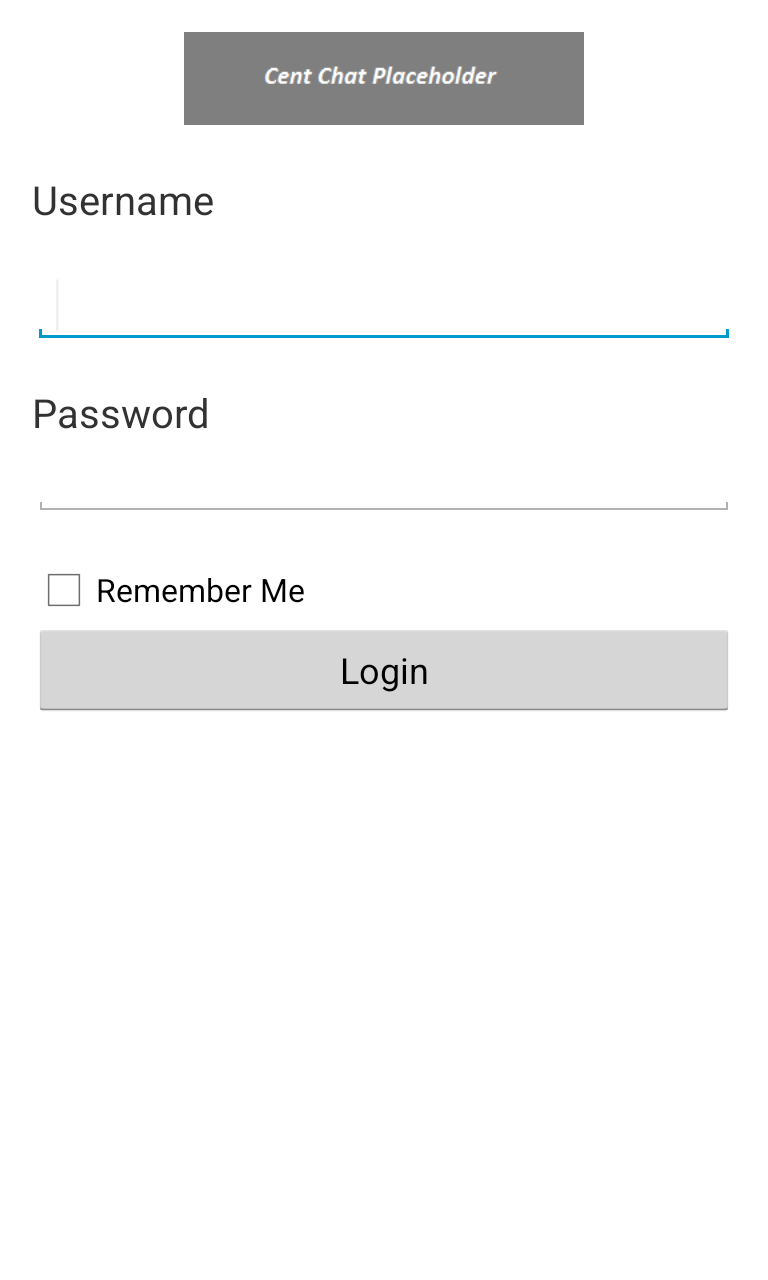
Repository: emeryduh/AndroidProject
Layout: client/TeamJonesProject/res/layout/activity_login.xml
The author's editor kept a copy of each file at every save. The layout is drawn from the files as they stood at one save, then again after the next save.
It is drawn on a 768 x 1280 px phone screen (xhdpi) without system bars, with theme AppTheme; the app's code is not run.

Above is the layout before, as saved 2014-10-01 01:40:40.

### client/TeamJonesProject/res/layout/activity_login.xml
<RelativeLayout xmlns:android="http://schemas.android.com/apk/res/android"
    xmlns:tools="http://schemas.android.com/tools"
    android:layout_width="match_parent"
    android:layout_height="match_parent"
    android:paddingBottom="@dimen/activity_vertical_margin"
    android:paddingLeft="@dimen/activity_horizontal_margin"
    android:paddingRight="@dimen/activity_horizontal_margin"
    android:paddingTop="@dimen/activity_vertical_margin"
    tools:context="com.comp313.LoginActivity" >

    <LinearLayout
        android:id="@+id/linearLayout_header"
        android:layout_width="match_parent"
        android:layout_height="@dimen/bodySpacing_headerHeight"
        android:layout_alignParentLeft="true"
        android:layout_alignParentTop="true"
        android:orientation="vertical" >

        <ImageView
            android:id="@+id/imageView1"
            android:layout_width="wrap_content"
            android:layout_height="wrap_content"
            android:layout_gravity="center_horizontal"
            android:src="@drawable/header_300x70" />

    </LinearLayout>

    <LinearLayout
        android:id="@+id/linearLayout_body"
        android:layout_width="match_parent"
        android:layout_height="wrap_content"
        android:layout_alignLeft="@+id/linearLayout_header"
        android:layout_below="@+id/linearLayout_header"
        android:orientation="vertical" >

        <TextView
            android:id="@+id/username_text"
            android:layout_width="match_parent"
            android:layout_height="wrap_content"
            android:layout_gravity="center_horizontal"
            android:text="@string/username_text"
            android:textSize="20sp" />

        <EditText
            android:id="@+id/username_field"
            android:layout_width="match_parent"
            android:layout_height="wrap_content"
            android:layout_gravity="center_horizontal"
            android:layout_marginTop="@dimen/bodySpacing_top"
            android:ems="10"
            android:inputType="textAutoComplete" >

            <requestFocus />
        </EditText>

        <TextView
            android:id="@+id/password_text"
            android:layout_width="match_parent"
            android:layout_height="wrap_content"
            android:layout_gravity="center_horizontal"
            android:layout_marginTop="@dimen/bodySpacing_top"
            android:text="@string/password_text"
            android:textSize="20sp" />

        <EditText
            android:id="@+id/password_field"
            android:layout_width="match_parent"
            android:layout_height="wrap_content"
            android:layout_gravity="center_horizontal"
            android:ems="10"
            android:inputType="textPassword" />

        <CheckBox
            android:id="@+id/rememberMeCheckBox"
            android:layout_width="match_parent"
            android:layout_height="wrap_content"
            android:layout_gravity="center_horizontal"
            android:layout_marginTop="@dimen/bodySpacing_top"
            android:text="@string/rememberMe_text" />

        <Button
            android:id="@+id/loginButton"
            android:layout_width="match_parent"
            android:layout_height="wrap_content"
            android:layout_gravity="center_horizontal"
            android:text="@string/login_text" />

    </LinearLayout>

    <LinearLayout
        android:id="@+id/linearLayout_footer"
        android:layout_width="match_parent"
        android:layout_height="wrap_content"
        android:layout_alignParentBottom="true"
        android:layout_alignParentLeft="true"
        android:layout_marginBottom="50dp"
        android:orientation="vertical" >
    </LinearLayout>

</RelativeLayout>

### client/TeamJonesProject/res/values/dimens.xml
<resources>

    <!-- Default screen margins, per the Android Design guidelines. -->
    <dimen name="activity_horizontal_margin">16dp</dimen>
    <dimen name="activity_vertical_margin">16dp</dimen>

    <!-- Chat Activity Configuration -->
    <dimen name="chatbox_min_height">15dp</dimen>
    <dimen name="chatbox_max_height">150dp</dimen>
    <dimen name="chatbox_min_width">15dp</dimen>
    <dimen name="chatbox_max_width">150dp</dimen>

    <!-- Registration Activity Configuration -->
    <dimen name="bodySpacing_headerHeight">70dp</dimen>
    <dimen name="bodySpacing_top">20dp</dimen>
</resources>

### client/TeamJonesProject/res/values/strings.xml
<?xml version="1.0" encoding="utf-8"?>
<resources>

    <string name="app_name">CentChat</string>
    <string name="action_settings">Settings</string>

    <!-- Chat screen text -->
    <string name="btnSend_text">Send</string>
    <string name="default_text">Welcome to CentChat!</string>
    <string name="default_clientType_text">Type a message here.</string>

    <!-- Login screen text -->
    <string name="username_text">Username</string>
    <string name="password_text">Password</string>
    <string name="rememberMe_text">Remember Me</string>
    <string name="login_text">Login</string>
    <string name="title_activity_login">LoginActivity</string>

    <!-- Registration screen text -->
    <string name="username_registration_text">Username</string>
    <string name="email_registration_text">Email</string>
    <string name="password_registration_text">Password</string>
    <string name="password_registration_check_text">Re-enter Password</string>
    <string name="submit_registration_text">Register</string>
    <string name="title_activity_registration">RegistrationActivity</string>


</resources>

Loaded but not shown: client/TeamJonesProject/res/values/styles.xml (common file); client/TeamJonesProject/res/values-v11/styles.xml (common file); client/TeamJonesProject/res/values-v14/styles.xml (common file); client/TeamJonesProject/res/values-w820dp/dimens.xml (common file)

After the next save:
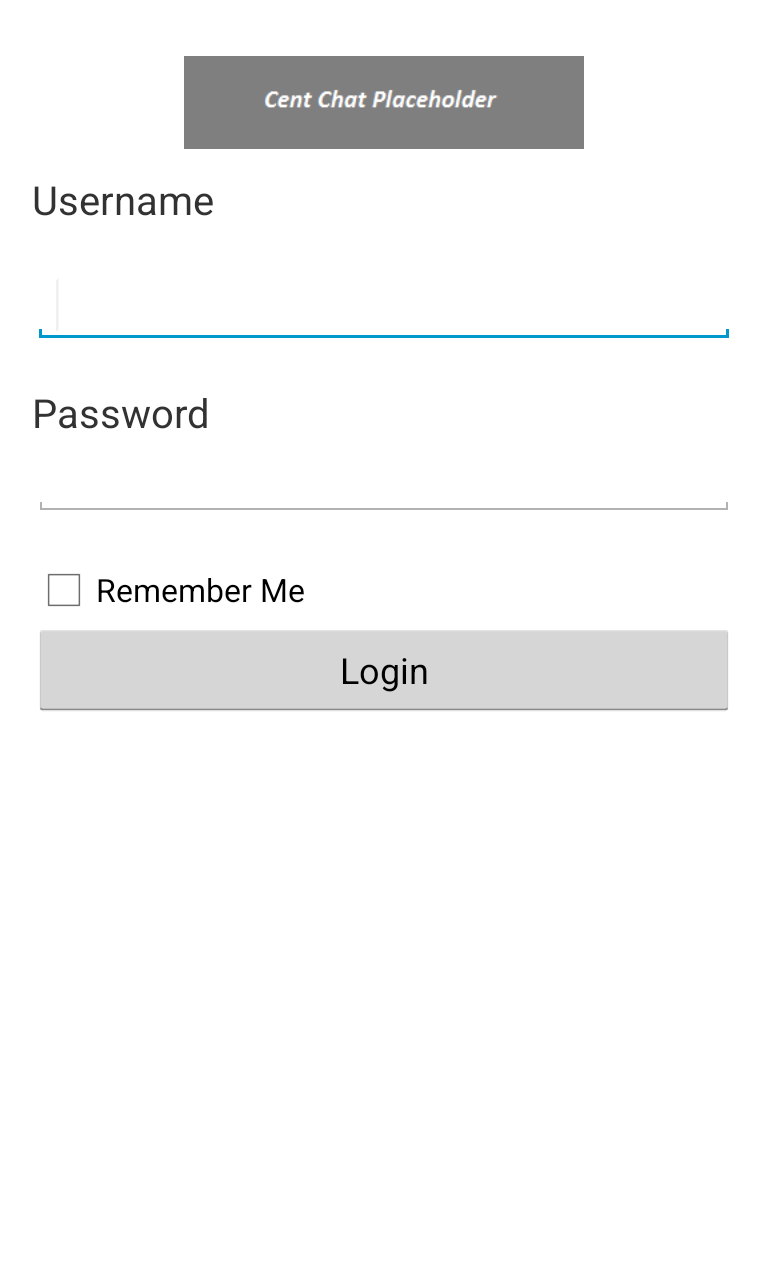
Saved 20 s later.
--- a/client/TeamJonesProject/res/layout/activity_login.xml
+++ b/client/TeamJonesProject/res/layout/activity_login.xml
@@ -19,7 +19,7 @@
         <ImageView
             android:id="@+id/imageView1"
             android:layout_width="wrap_content"
-            android:layout_height="wrap_content"
+            android:layout_height="match_parent"
             android:layout_gravity="center_horizontal"
             android:src="@drawable/header_300x70" />
 

After the save that followed:
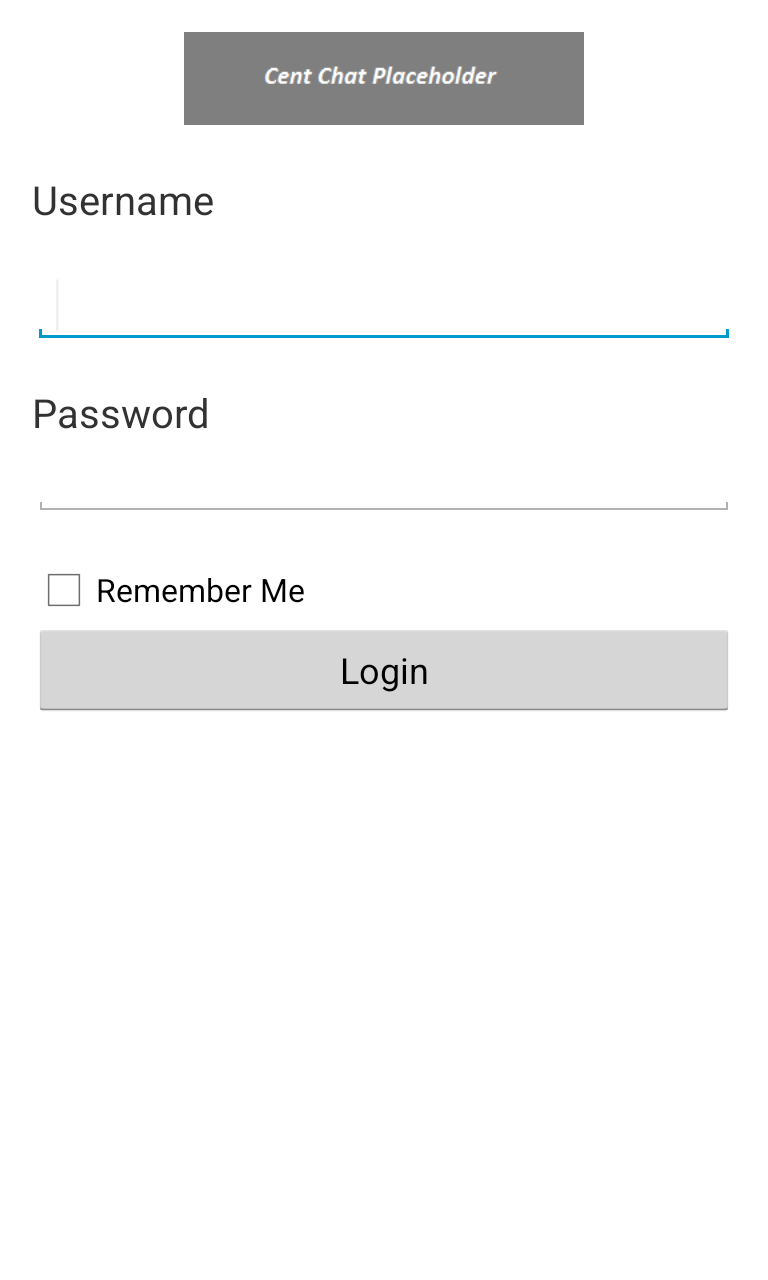
Saved 11 s later.
--- a/client/TeamJonesProject/res/layout/activity_login.xml
+++ b/client/TeamJonesProject/res/layout/activity_login.xml
@@ -18,8 +18,8 @@
 
         <ImageView
             android:id="@+id/imageView1"
-            android:layout_width="wrap_content"
-            android:layout_height="match_parent"
+            android:layout_width="match_parent"
+            android:layout_height="wrap_content"
             android:layout_gravity="center_horizontal"
             android:src="@drawable/header_300x70" />
 
